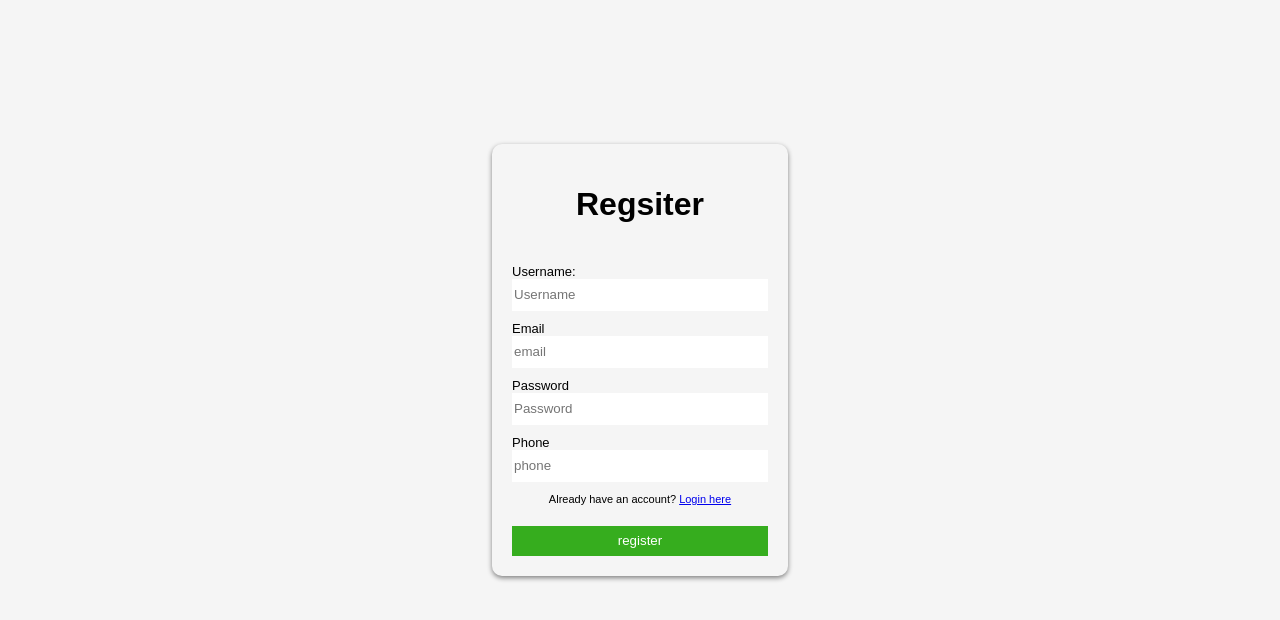
Repository: Dennis-star1001/PHP-CRUD
Page: http://localhost/register.php
The author's editor kept a copy of each file at every save. The page is drawn from the files as they stood at one save, then again after the next save.
The browser window is 1280 px wide. The pictures show the whole page.
The page is run by PHP 8.4 with error messages shown; the project is at /var/www/html/.

Above is the page before, as saved 2022-07-07 00:26:37.

After the next save:
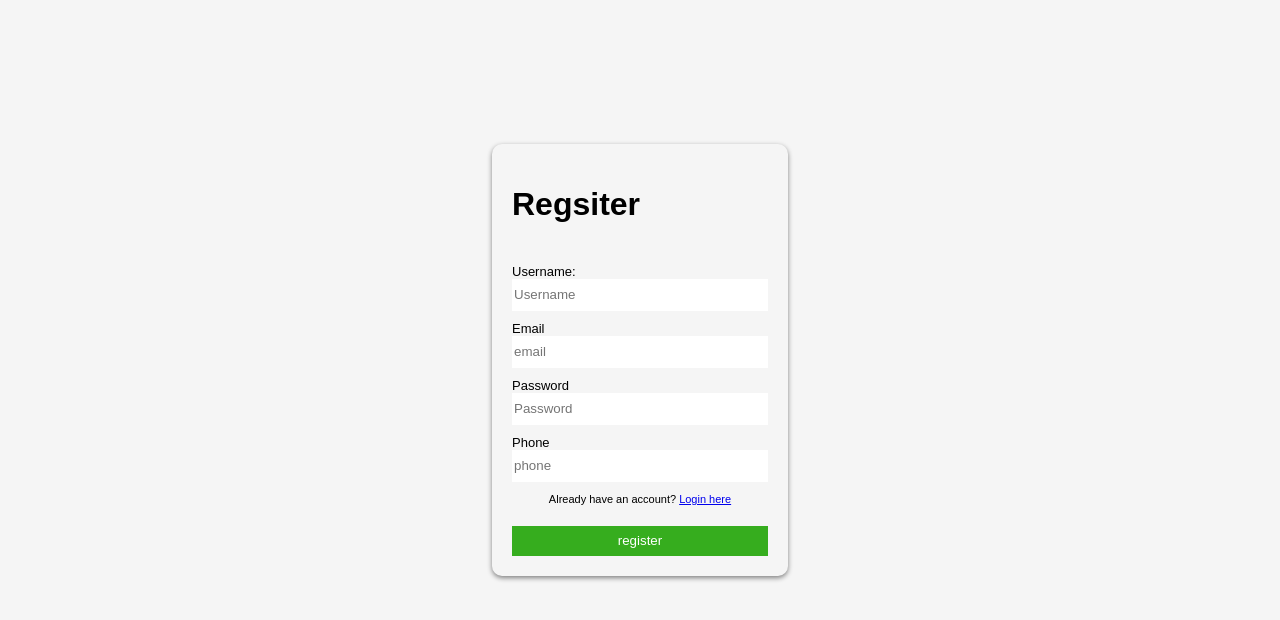
Saved 10 min 12 s later.
--- a/register.php
+++ b/register.php
@@ -28,7 +28,7 @@ if (isset($_GET['err'])) {
     <form method="POST" action="backend.php">
         <div class="container">
             <div class="left">
-                <h1 class="heading">Regsiter</h1>
+                <h1 class="head-ing">Regsiter</h1>
                 <?php echo "<div class='$clas'>$err</div>" ?>
 
 
